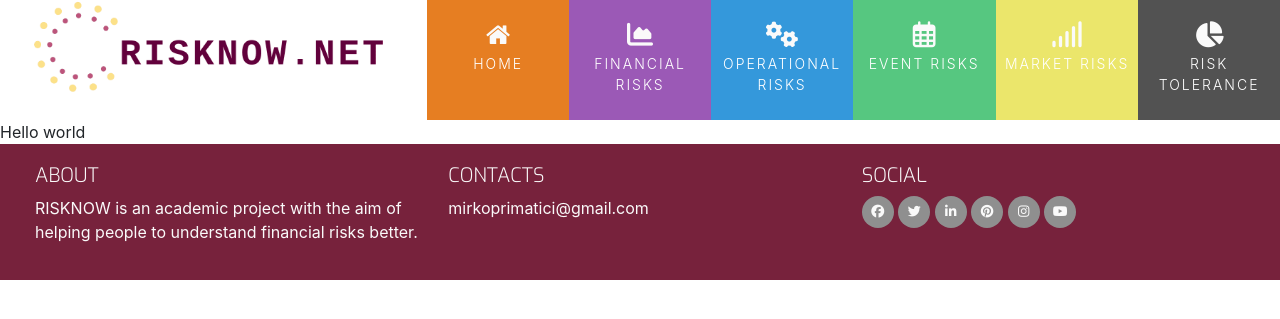
Repository: mirkoprimaticix/risknow.net
Page: index.html
The author's editor kept a record of every edit. The page is drawn from the files as they stood at one moment, then again after the next edit.
The browser window is 1280 px wide. The pictures show the whole page.
Some web libraries are served in a nearby version.

Above is the page before.
Console error: TypeError: Cannot read properties of undefined (reading 'fn')

After the next edit:
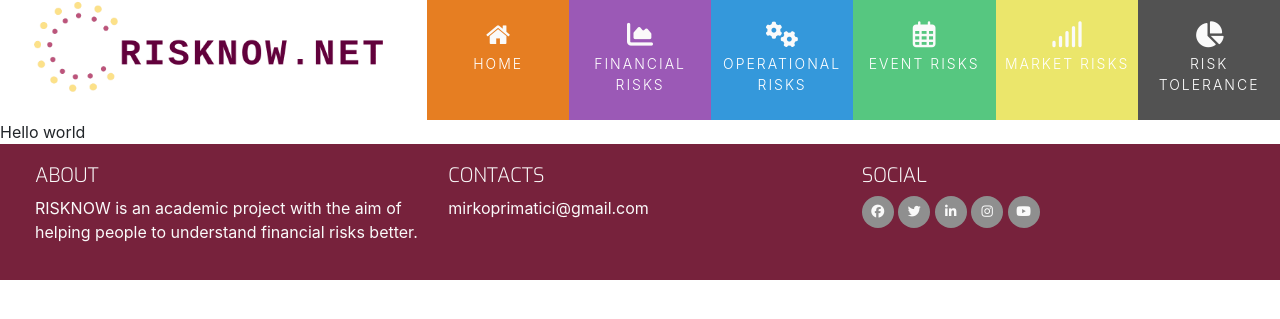
The edit:
--- a/index.html
+++ b/index.html
@@ -91,12 +91,6 @@
                     </li>
                     <li class="list-inline-item">
                         <a target="_blank" href="#">
-                            <i class="fa fa-pinterest" aria-hidden="true"></i>
-                            <span class="sr-only">Pinterest</span>
-                        </a>
-                    </li>
-                    <li class="list-inline-item">
-                        <a target="_blank" href="#">
                             <i class="fa fa-instagram" aria-hidden="true"></i>
                             <span class="sr-only">Instagram</span>
                         </a>
